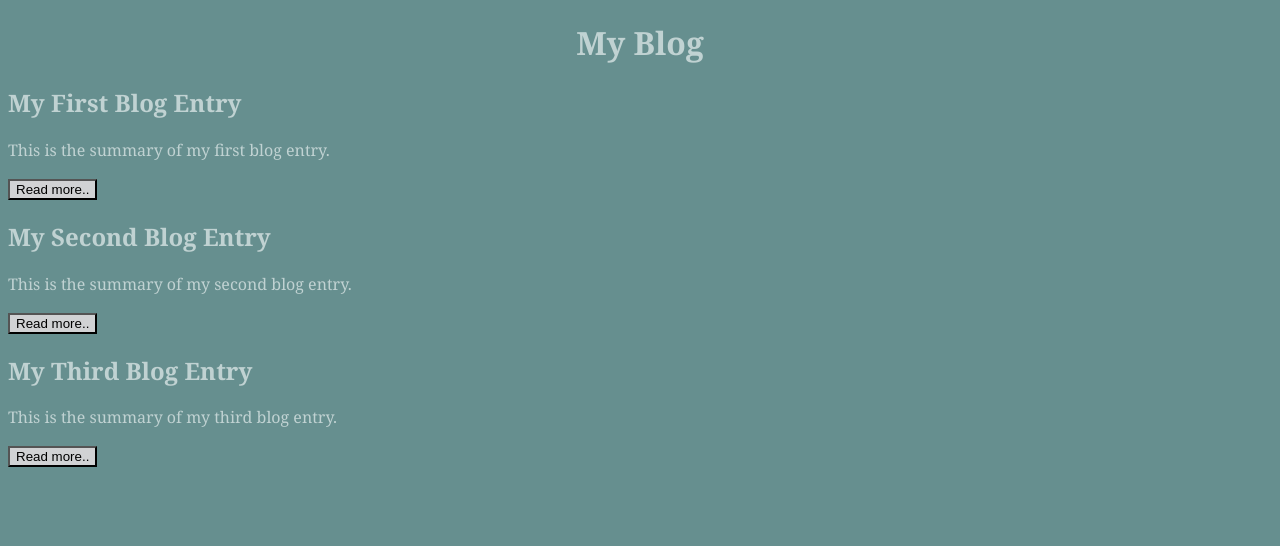
Repository: deniseada/class1
Page: /
An editor plug-in stored every save of this project. The page is shown before and after the next save, followed by the edit.
The browser window is 1280 px wide. The pictures show the whole page.
The project was rebuilt for these pictures with package versions that can differ from the ones it lists, and the page was loaded fresh each time. Also part of the build but not shown: vite.config.js.

Above is the page before, as saved 2025-09-10 14:01:03.

After the next save:
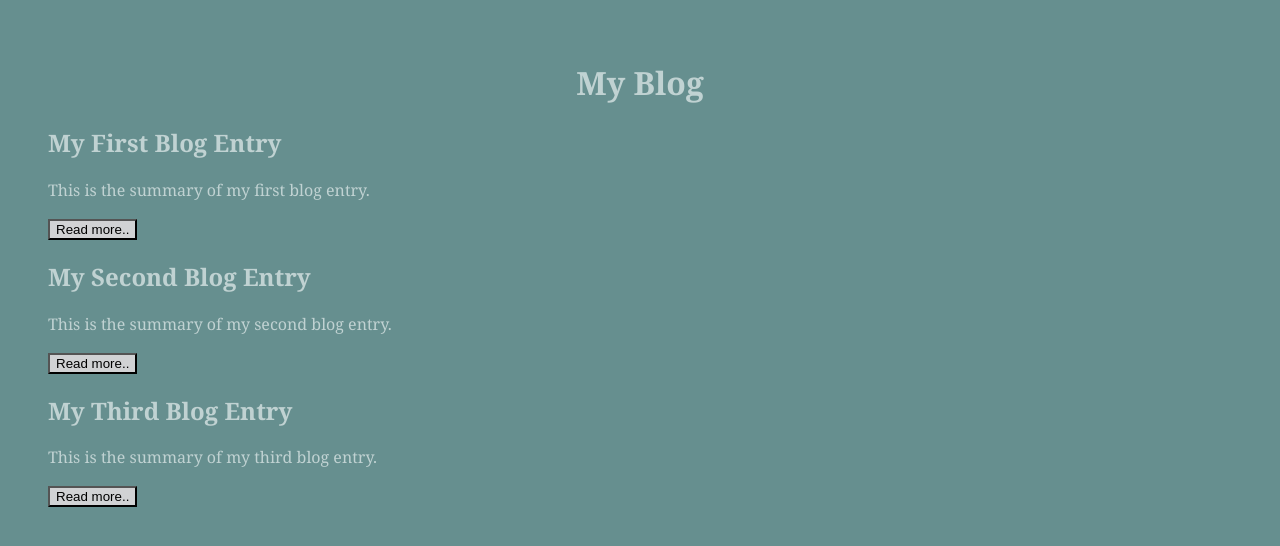
Saved 16 s later.
--- a/src/index.css
+++ b/src/index.css
@@ -2,6 +2,7 @@
   font-family: Georgia, "Times New Roman", Times, serif;
   background-color: rgb(102, 143, 143);
   color: rgb(192, 210, 210);
+  margin: 40px;
 }
 h1 {
   color: rgb(192, 210, 210);

After the save that followed:
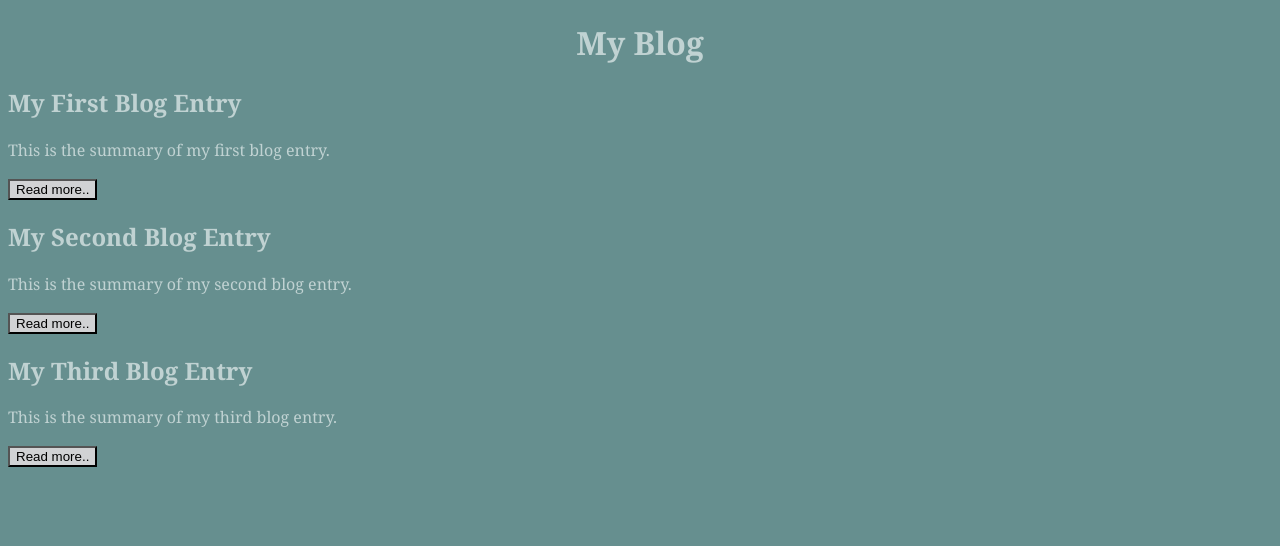
Saved 7 s later.
--- a/src/index.css
+++ b/src/index.css
@@ -2,7 +2,7 @@
   font-family: Georgia, "Times New Roman", Times, serif;
   background-color: rgb(102, 143, 143);
   color: rgb(192, 210, 210);
-  margin: 40px;
+  padding: auto;
 }
 h1 {
   color: rgb(192, 210, 210);
